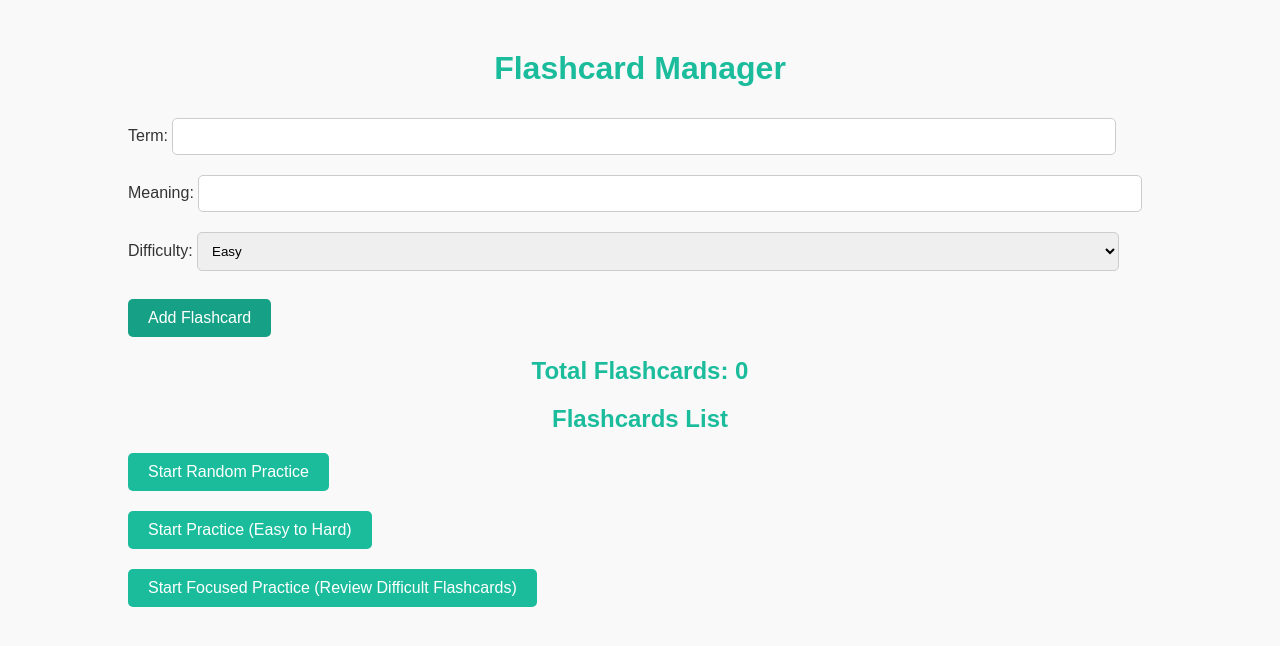
Repository: Oriyin/Algorithm_StudyHelper
Page: http://localhost/flashcards
The author's editor kept a copy of each file at every save. The page is drawn from the files as they stood at one save, then again after the next save.
The browser window is 1280 px wide. The pictures show the whole page.
The pointer rests on the first visible `button`.
The page is served by the project's application, run on Flask 3 (backend/app.py). Other server files are loaded and not shown.

Above is the page before, as saved 2024-10-11 14:19:38.

### templates/flashcards.html
<!DOCTYPE html>
<html lang="en">
<head>
    <meta charset="UTF-8">
    <meta name="viewport" content="width=device-width, initial-scale=1.0">
    <title>Flashcards</title>
    <!-- ลิงก์ไฟล์ CSS -->
    <link rel="stylesheet" type="text/css" href="{{ url_for('static', filename='flashstyle.css') }}">
</head>
<body>
    <div class="container">
        <h1>Flashcard Manager</h1>

        <!-- Form สำหรับการเพิ่ม flashcard -->
        <form method="POST" action="{{ url_for('manage_flashcards') }}">
            <label for="term">Term:</label>
            <input type="text" name="term" id="term" required><br>

            <label for="meaning">Meaning:</label>
            <input type="text" name="meaning" id="meaning" required><br>

            <!-- Dropdown for selecting difficulty -->
            <label for="difficulty">Difficulty:</label>
            <select name="difficulty" id="difficulty" required>
                <option value="Easy">Easy</option>
                <option value="Medium">Medium</option>
                <option value="Hard">Hard</option>
            </select><br><br>

            <button type="submit">Add Flashcard</button>
        </form>

        <!-- Display total number of flashcards -->
        <h2>Total Flashcards: {{ flashcards|length }}</h2>

        <h2>Flashcards List</h2>
        <ul>
            {% for flashcard in flashcards %}
                <li>{{ flashcard.term }} - {{ flashcard.meaning }} ({{ flashcard.difficulty }})</li>
            {% endfor %}
        </ul>

        <!-- Button to start random practice -->
        <form method="GET" action="{{ url_for('start_practice') }}">
            <button type="submit">Start Random Practice</button>
        </form>

        <!-- Button to start practice sorted by difficulty -->
        <form method="GET" action="{{ url_for('start_practice_by_difficulty') }}">
            <button type="submit">Start Practice (Easy to Hard)</button>
        </form>

        <!-- Button to start reviewing flashcards that need more practice (incorrect_count > 2) -->
        <form method="GET" action="{{ url_for('start_focused_practice') }}">
            <button type="submit">Start Focused Practice (Review Difficult Flashcards)</button>
        </form>
    </div>
</body>
</html>

### backend/app.py
# app.py

from flask import Flask, request, render_template, redirect, url_for
from algorithm import *

# Initialize the Flask application and specify the template folder
app = Flask(__name__, template_folder="../templates")

# Global variables for storing tasks and notes temporarily
tasks = []
notes = []
task_counter = 0  # A counter to uniquely identify each task

# Route for the home page
@app.route('/')
def home():
    return render_template('index.html')

# Route for managing tasks
@app.route('/tasks', methods=['GET', 'POST'])
def manage_tasks():
    global tasks, task_counter
    if request.method == 'POST':
        task_name = request.form.get('task_name')
        task_description = request.form.get('task_description')
        due_date = request.form.get('due_date')
        priority = int(request.form.get('priority'))

        if task_name and task_description and due_date:
            task_counter += 1  # Increment task counter for each new task
            tasks.append({
                'id': task_counter,  # Assign unique ID to each task
                'name': task_name,
                'description': task_description,
                'dueDate': due_date,
                'priority': priority,
                'completed': False
            })

            # Sort tasks by due date immediately (excluding completed tasks) using Insertion Sort
            tasks = insertion_sort([task for task in tasks if not task['completed']], 'dueDate') + [task for task in tasks if task['completed']]

            print("Updated tasks list:")
            print(tasks)

    todo_tasks = [task for task in tasks if not task['completed']]
    done_tasks = [task for task in tasks if task['completed']]

    return render_template('tasks.html', todo_tasks=todo_tasks, done_tasks=done_tasks, enumerate=enumerate)

# Route for managing notes
@app.route('/notes', methods=['GET', 'POST'])
def manage_notes():
    global notes
    if request.method == 'POST':
        note_title = request.form.get('note_title')
        note_content = request.form.get('note_content')

        if note_title and note_content:
            notes.append({
                'title': note_title,
                'content': note_content
            })
            print("Updated notes list:")
            print(notes)

    return render_template('notes.html', notes=notes, enumerate=enumerate)

# Route to edit a specific note by index
@app.route('/edit_note/<int:index>', methods=['POST'])
def edit_note(index):
    global notes
    new_title = request.form.get('edit_note_title')
    new_content = request.form.get('edit_note_content')

    if new_title and new_content:
        # Update the note with new values
        notes[index]['title'] = new_title
        notes[index]['content'] = new_content
        print("Updated notes list:")
        print(notes)

    return redirect(url_for('manage_notes'))

# Route to delete a specific note by index
@app.route('/delete_note/<int:index>', methods=['POST'])
def delete_note(index):
    global notes
    if index < len(notes):
        notes.pop(index)
        print("Updated notes list:")
        print(notes)
    return redirect(url_for('manage_notes'))

# Route to search through notes using a case-insensitive search with highlighted results
@app.route('/search_notes', methods=['POST'])
def search_notes():
    global notes
    search_pattern = request.form.get('search_pattern').lower()  # Make the search pattern lowercase
    search_results = []

    # Perform case-insensitive search on each note's title and content using naive string search
    for index, note in enumerate(notes):
        title = note['title']
        content = note['content']
        highlighted_content = content

        # Use naive string search to find matches (case-insensitive)
        matches = naive_string_search(content.lower(), search_pattern)  # Perform the search on lowercase text

        # If matches are found, highlight them in the content
        if matches:
            for match_index in matches:
                # Highlight the matched text using HTML <mark> tag
                match = content[match_index:match_index + len(search_pattern)]
                highlighted_content = highlighted_content.replace(match, f"<mark>{match}</mark>")
            search_results.append({
                'index': index,
                'title': title,
                'highlighted_content': highlighted_content
            })

    # If no matches are found, set a message to be displayed
    no_match_message = None
    if not search_results:
        no_match_message = "Don't have any file that match with finding word."

    return render_template('notes.html', notes=notes, search_results=search_results, no_match_message=no_match_message, search_pattern=search_pattern, enumerate=enumerate)

# Route to edit a specific task by index
@app.route('/edit_task/<int:index>', methods=['POST'])
def edit_task(index):
    global tasks
    new_name = request.form.get('edit_name')
    new_description = request.form.get('edit_description')
    new_due_date = request.form.get('edit_due_date')
    new_priority = int(request.form.get('edit_priority'))

    if new_name and new_description and new_due_date:
        # Update the task with new values
        tasks[index]['name'] = new_name
        tasks[index]['description'] = new_description
        tasks[index]['dueDate'] = new_due_date
        tasks[index]['priority'] = new_priority
        print("Updated tasks list:")
        print(tasks)

    # Re-sort tasks by due date immediately after editing using Insertion Sort
    tasks = insertion_sort([task for task in tasks if not task['completed']], 'dueDate') + [task for task in tasks if task['completed']]

    return redirect(url_for('manage_tasks'))

# Route to toggle a task's completion status using its unique ID
@app.route('/toggle_completed/<int:task_id>', methods=['POST'])
def toggle_completed(task_id):
    global tasks
    for task in tasks:
        if task['id'] == task_id:
            task['completed'] = not task['completed']
            print("Updated tasks list:")
            print(tasks)
            break
    # Re-sort the tasks to ensure they are in the correct order
    tasks = insertion_sort([task for task in tasks if not task['completed']], 'dueDate') + [task for task in tasks if task['completed']]
    return redirect(url_for('manage_tasks'))

# Route to delete a task by its unique ID
@app.route('/delete_task/<int:task_id>', methods=['POST'])
def delete_task(task_id):
    global tasks
    tasks = [task for task in tasks if task['id'] != task_id]
    print("Updated tasks list:")
    print(tasks)
    return redirect(url_for('manage_tasks'))

# Route to sort tasks by due date using Merge Sort
@app.route('/sort_by_due_date', methods=['POST'])
def sort_by_due_date():
    global tasks
    incomplete_tasks = [task for task in tasks if not task['completed']]
    # Use merge_sort to sort the incomplete tasks by 'dueDate'
    tasks = merge_sort(incomplete_tasks, 'dueDate') + [task for task in tasks if task['completed']]
    print("Updated tasks list:")
    print(tasks)
    return redirect(url_for('manage_tasks'))

# Route to sort tasks by priority
@app.route('/sort_by_priority', methods=['POST'])
def sort_by_priority():
    global tasks
    incomplete_tasks = [task for task in tasks if not task['completed']]
    tasks = counting_sort(incomplete_tasks, 'priority') + [task for task in tasks if task['completed']]
    print("Updated tasks list:")
    print(tasks)
    return redirect(url_for('manage_tasks'))

# Route to sort tasks by both due date and priority
@app.route('/sort_by_both', methods=['POST'])
def sort_by_both():
    global tasks
    incomplete_tasks = [task for task in tasks if not task['completed']]
    tasks = heap_sort(incomplete_tasks, 'dueDate', 'priority') + [task for task in tasks if task['completed']]
    print("Updated tasks list:")
    print(tasks)
    return redirect(url_for('manage_tasks'))

# Global variable to store flashcards
flashcards = []

@app.route('/flashcards', methods=['GET', 'POST'])
def manage_flashcards():
    global flashcards
    if request.method == 'POST':
        term = request.form.get('term')
        meaning = request.form.get('meaning')
        difficulty = request.form.get('difficulty')  # Capture the difficulty level

        # Create a new flashcard with 'incorrect_count' initialized to 0 and difficulty level
        new_flashcard = {'term': term, 'meaning': meaning, 'difficulty': difficulty, 'incorrect_count': 0}

        # Use the uniqueness testing function to avoid duplicates
        if uniqueness_testing(flashcards, new_flashcard):
            print("Flashcard added successfully!")
        else:
            print("Duplicate term found! Flashcard not added.")

    # Render the flashcards page with the flashcards list and total number
    return render_template('flashcards.html', flashcards=flashcards, enumerate=enumerate)

# Route to start flashcard practice (randomizes flashcards before starting)
@app.route('/start_practice', methods=['GET'])
def start_practice():
    global flashcards
    # Randomize flashcards before starting practice
    flashcards = random_flashcards(flashcards)
    return redirect(url_for('practice_flashcard', index=0))

@app.route('/practice_flashcard/<int:index>', methods=['GET', 'POST'])
def practice_flashcard(index):
    global flashcards
    if index >= len(flashcards):
        # If the index is out of range, redirect to the practice completion page
        return redirect(url_for('practice_completed'))

    if request.method == 'POST':
        # Check if the answer was correct or not
        is_correct = request.form.get('is_correct') == 'true'
        if not is_correct:
            flashcards[index]['incorrect_count'] += 1

        # Move to the next flashcard
        next_index = index + 1
        if next_index < len(flashcards):
            return redirect(url_for('practice_flashcard', index=next_index))
        else:
            return redirect(url_for('practice_completed'))

    # Render the current flashcard for practice
    flashcard = flashcards[index]
    return render_template('practice_flashcard.html', flashcard=flashcard, index=index)

@app.route('/practice_completed')
def practice_completed():
    global flashcards

    # Group flashcards based on incorrect_count
    low_threshold = 1
    grouped_flashcards = divide_and_conquer_flashcards(flashcards, low_threshold)

    # Separate correct and incorrect flashcards for the result page
    correct_flashcards = [fc for fc in grouped_flashcards if fc['incorrect_count'] == 0]
    incorrect_flashcards = [fc for fc in grouped_flashcards if fc['incorrect_count'] > 0]

    # Show the result in terms of high-priority (incorrect more often) and low-priority flashcards
    return render_template('practice_completed.html', correct_flashcards=correct_flashcards, incorrect_flashcards=incorrect_flashcards)

@app.route('/practice_again_random', methods=['GET'])
def practice_again_random():
    global flashcards
    flashcards = random_flashcards(flashcards)  # แบบสุ่มสำหรับ practice
    print("Flashcards randomized")
    return redirect(url_for('practice_flashcard', index=0))

@app.route('/practice_again_easy_to_hard', methods=['GET'])
def practice_again_easy_to_hard():
    global flashcards
    flashcards = counting_sortflash(flashcards, 'difficulty')  # เรียงจากง่ายไปยาก
    print("Flashcards sorted from Easy to Hard")
    return redirect(url_for('practice_flashcard', index=0))

@app.route('/start_practice_by_difficulty', methods=['GET'])
def start_practice_by_difficulty():
    global flashcards

    if len(flashcards) == 0:
        # Redirect to the flashcards management page if there are no flashcards
        return redirect(url_for('manage_flashcards'))

    # Sort flashcards by difficulty in the order of Easy -> Medium -> Hard
    flashcards = counting_sortflash(flashcards, 'difficulty')

    return redirect(url_for('practice_flashcard', index=0))

@app.route('/start_focused_practice', methods=['GET'])
def start_focused_practice():
    global flashcards, flashcards_to_practice

    # Filter flashcards where incorrect_count > 2
    flashcards_to_practice = [fc for fc in flashcards if fc['incorrect_count'] > 2]

    # ตรวจสอบว่ามี flashcards ที่จะฝึกไหม
    if len(flashcards_to_practice) == 0:
        # ถ้าไม่มี flashcards ที่ผิดเกิน 2 ครั้ง ให้กลับไปยังหน้า flashcard management
        return redirect(url_for('manage_flashcards'))

    # Start practice with the filtered flashcards
    return redirect(url_for('practice_focused_flashcards', index=0))

@app.route('/practice_focused_flashcards/<int:index>', methods=['GET', 'POST'])
def practice_focused_flashcards(index):
    global flashcards_to_practice

    if index >= len(flashcards_to_practice):
        # If all flashcards are practiced, go to the completion page
        return redirect(url_for('focused_practice_completed'))

    if request.method == 'POST':
        # Check if the user answered the flashcard correctly
        is_correct = request.form.get('is_correct') == 'true'
        if is_correct:
            # Only remove the flashcard if it was answered correctly
            flashcards_to_practice.pop(index)

        # After removing or marking the flashcard, adjust index if necessary
        if len(flashcards_to_practice) > 0 and index >= len(flashcards_to_practice):
            index = len(flashcards_to_practice) - 1

        # If no flashcards remain, go to the completion page
        if len(flashcards_to_practice) == 0:
            return redirect(url_for('focused_practice_completed'))

        # After the user answers, redirect to the next flashcard
        return redirect(url_for('practice_focused_flashcards', index=index))

    # Display the current flashcard for practice
    flashcard = flashcards_to_practice[index]
    return render_template('practice_focused_flashcards.html', flashcard=flashcard, index=index)

@app.route('/focused_practice_completed')
def focused_practice_completed():
    global flashcards_to_practice, flashcards

    # Calculate how many flashcards are left to review
    flashcards_left = len(flashcards_to_practice)

    # If practice is completed (no more flashcards left to review), reset incorrect_count to 0 for all flashcards
    if flashcards_left == 0:
        for fc in flashcards:
            fc['incorrect_count'] = 0  # Reset incorrect_count to 0 for all flashcards

    # Render the result page and pass flashcards_left to the template
    return render_template('focused_practice_completed.html', flashcards_left=flashcards_left)

# Run the Flask server
if __name__ == "__main__":
    app.run(debug=True)
    print(tasks)
    print(notes)

### backend/static/flashstyle.css
/* General Styles */
body, html {
    margin: 0;
    padding: 0;
    font-family: Arial, sans-serif;
    background-color: #f9f9f9;
    color: #333;
}

.container {
    width: 80%;
    margin: 50px auto;
    text-align: center;
}

/* Title Styling */
h1, h2 {
    color: #1abc9c;
}

/* Flashcard Form Styles */
form {
    margin: 20px 0;
    text-align: left;
}

input, select {
    width: 90%;
    padding: 10px;
    margin: 10px 0;
    border: 1px solid #ccc;
    border-radius: 5px;
}

button {
    padding: 10px 20px;
    font-size: 1em;
    border: none;
    background-color: #1abc9c;
    color: white;
    border-radius: 5px;
    cursor: pointer;
    transition: background-color 0.3s ease;
}

button:hover {
    background-color: #16a085;
}

/* Flashcards List */
.task-columns {
    display: flex;
    justify-content: center;
    flex-wrap: wrap;
}

.todo-column {
    width: 100%;
    background-color: #ecf0f1;
    padding: 20px;
    margin: 20px 0;
    border-radius: 8px;
    box-shadow: 0 0 10px rgba(0, 0, 0, 0.1);
}

li {
    list-style: none;
    padding: 10px;
    border-bottom: 1px solid #ccc;
    margin: 5px 0;
}

li strong {
    color: #2c3e50;
}

.btn {
    background-color: #3498db;
    color: white;
    padding: 10px 20px;
    text-decoration: none;
    border-radius: 5px;
    margin: 10px;
    display: inline-block;
    transition: background-color 0.3s ease;
}

.btn:hover {
    background-color: #16a085;
}

/* Container for buttons */
.button-container {
    margin: 20px 0;
}

After the next save:
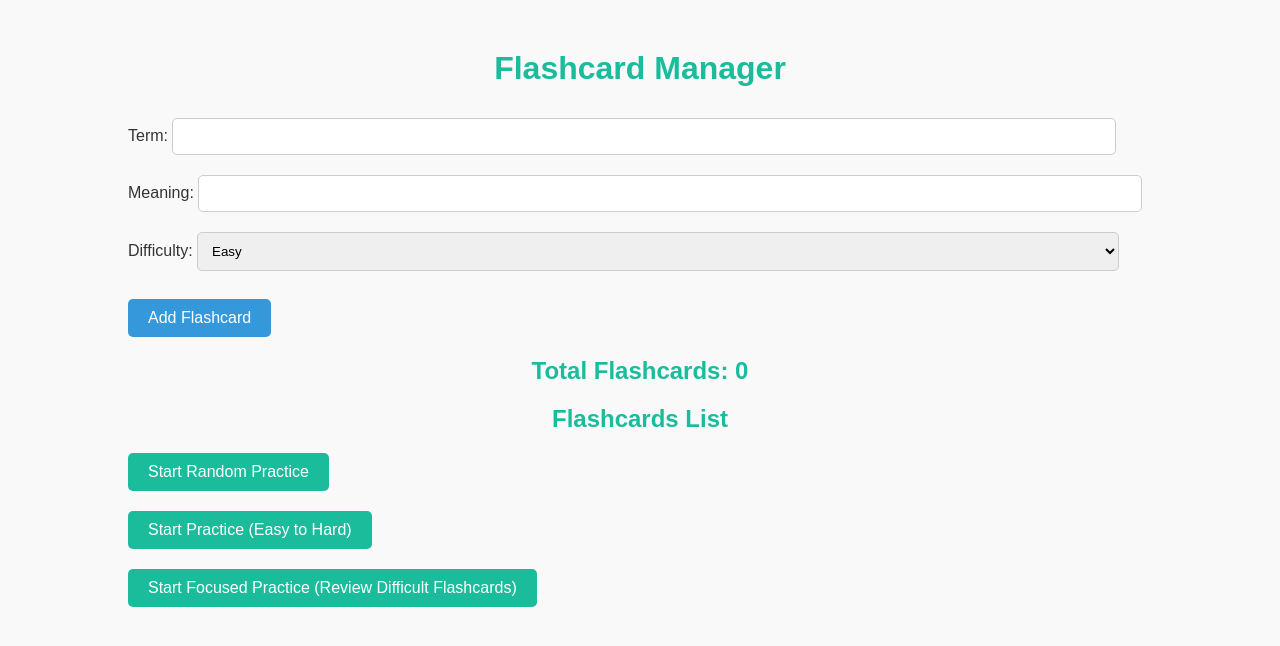
Saved 5 s later.
--- a/backend/static/flashstyle.css
+++ b/backend/static/flashstyle.css
@@ -44,7 +44,7 @@ button {
 }
 
 button:hover {
-    background-color: #16a085;
+    background-color: #3498db;
 }
 
 /* Flashcards List */
